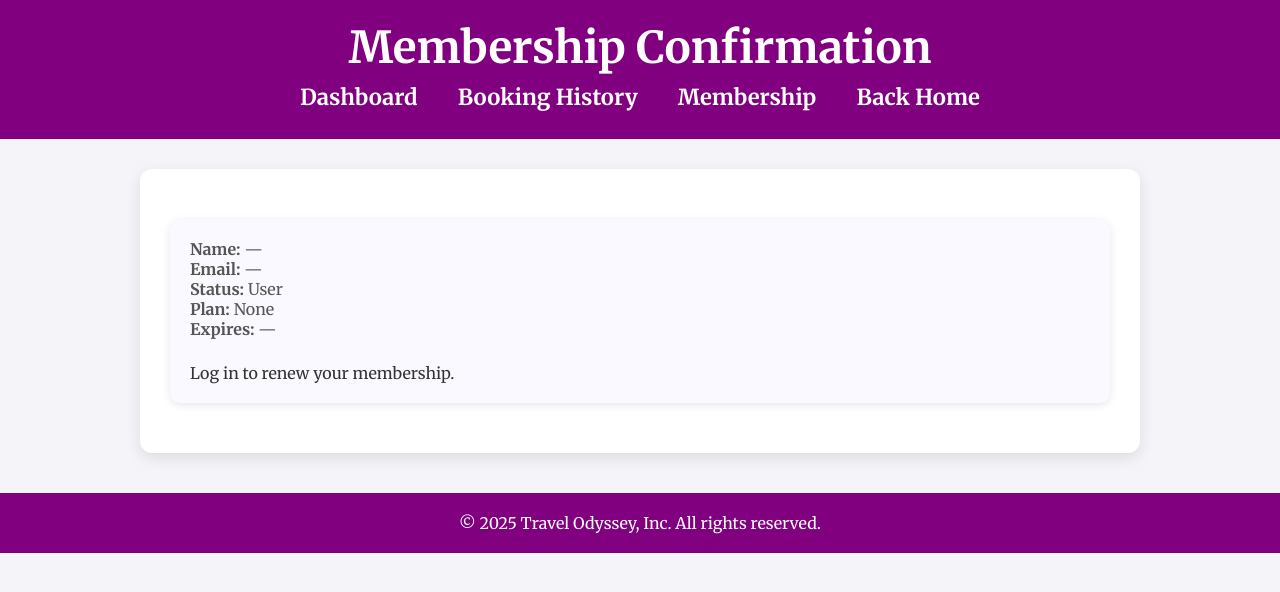
Repository: GHzPhoenix/Project-Odyssey
Page: Frontend/membership-confirmation.html
An editor plug-in stored every save of this project. The page is shown before and after the next save, followed by the edit.
The browser window is 1280 px wide. The pictures show the whole page.

Above is the page before, as saved 2025-06-09 17:36:12.

After the next save:
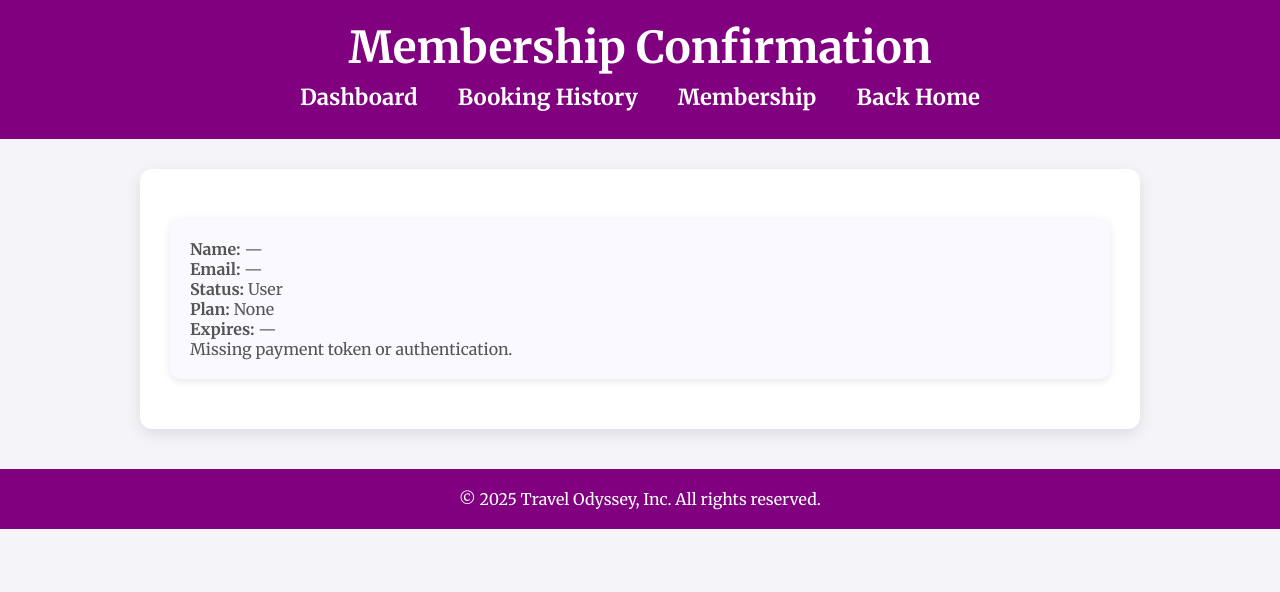
Saved 12 h 54 min later.
--- a/Frontend/membership-confirmation.html
+++ b/Frontend/membership-confirmation.html
@@ -11,7 +11,6 @@
       rel="stylesheet"
     />
   </head>
-
   <body>
     <header>
       <h1 style="color: white">Membership Confirmation</h1>
@@ -28,17 +27,16 @@
         <p><strong>Name:</strong> <span id="user-name">Loading…</span></p>
         <p><strong>Email:</strong> <span id="user-email">Loading…</span></p>
         <p><strong>Status:</strong> <span id="user-status">Loading…</span></p>
-        <p>
-          <strong>Plan:</strong>
-          <span id="membership-type">Loading…</span>
-        </p>
+        <p><strong>Plan:</strong> <span id="membership-type">Loading…</span></p>
         <p>
           <strong>Expires:</strong>
           <span id="membership-expiration">Loading…</span>
         </p>
 
-        <div id="paypal-button-container" style="margin-top: 1.5rem"></div>
-        <div id="renew-message" class="message"></div>
+        <p id="status-message">Confirming your payment…</p>
+        <div id="renew-controls" style="display: none">
+          <button id="go-client" class="join-btn">Go to Client Area</button>
+        </div>
       </section>
     </main>
 
@@ -50,7 +48,13 @@
     </footer>
 
     <script>
-      document.addEventListener("DOMContentLoaded", async () => {
+      (async () => {
+        const params = new URLSearchParams(location.search);
+        const orderID = params.get("token"); // PayPal returns this
+        const statusEl = document.getElementById("status-message");
+        const detailsEl = document.getElementById("renew-controls");
+        const goBtn = document.getElementById("go-client");
+
         const user = JSON.parse(localStorage.getItem("user") || "{}");
         const membershipType = localStorage.getItem("membershipType") || "";
         const membershipExpires =
@@ -63,69 +67,76 @@
           membershipType || "None";
         document.getElementById("membership-expiration").textContent =
           membershipExpires || "—";
+        document.getElementById("user-status").textContent = membershipType
+          ? "Member"
+          : user.role === "admin"
+          ? "Admin"
+          : "User";
 
-        const statusEl = document.getElementById("user-status");
-        if (membershipType) statusEl.textContent = "Member";
-        else if (user.role === "admin") statusEl.textContent = "Admin";
-        else statusEl.textContent = "User";
-
-        if (!token) {
-          const msg = document.getElementById("renew-message");
-          msg.textContent = "Log in to renew your membership.";
-          msg.classList.add("error");
+        if (!orderID || !token) {
+          statusEl.textContent = "Missing payment token or authentication.";
+          statusEl.classList.add("error");
           return;
         }
 
         try {
-          const { clientId } = await fetch(
-            "http://127.0.0.1:5001/api/config/paypal"
+          // 1) capture on your backend
+          const cap = await fetch(
+            `http://127.0.0.1:5001/api/paypal/capture/${orderID}`,
+            {
+              method: "POST",
+              headers: {
+                "Content-Type": "application/json",
+                Authorization: "Bearer " + token,
+              },
+            }
+          );
+          if (!cap.ok) throw await cap.json();
+          await cap.json();
+
+          // 2) now tell your backend to record/renew membership
+          // slugify e.g. "Premium Plan" → "premium"
+          const slug = membershipType.toLowerCase().split(" ")[0] || "premium";
+
+          const purchase = await fetch(
+            "http://127.0.0.1:5001/api/membership/purchase",
+            {
+              method: "POST",
+              headers: {
+                "Content-Type": "application/json",
+                Authorization: "Bearer " + token,
+              },
+              body: JSON.stringify({ planId: slug }),
+            }
           ).then((r) => r.json());
-          const script = document.createElement("script");
-          script.src = `https://www.paypal.com/sdk/js?client-id=${clientId}&currency=EUR`;
-          script.onload = renderPayPalButtons;
-          document.head.appendChild(script);
+          if (!purchase.membership_expires) {
+            throw new Error(purchase.error || "Membership activation failed");
+          }
+
+          // 3) update localStorage & UI
+          localStorage.setItem("membershipType", purchase.membership_type);
+          localStorage.setItem(
+            "membershipExpires",
+            purchase.membership_expires
+          );
+
+          document.getElementById("membership-type").textContent =
+            purchase.membership_type;
+          document.getElementById("membership-expiration").textContent =
+            purchase.membership_expires;
+
+          statusEl.textContent = "Membership activated!";
+          statusEl.classList.add("success");
+          detailsEl.style.display = "block";
         } catch (err) {
-          console.error("Could not load PayPal config", err);
-          const msg = document.getElementById("renew-message");
-          msg.textContent = "Unable to load payment options.";
-          msg.classList.add("error");
+          console.error(err);
+          statusEl.textContent =
+            err.error || err.message || "An error occurred.";
+          statusEl.classList.add("error");
         }
 
-        function renderPayPalButtons() {
-          paypal
-            .Buttons({
-              style: { layout: "vertical", shape: "pill", color: "blue" },
-
-              createOrder: (_, actions) => {
-                const slug =
-                  membershipType.toLowerCase().split(" ")[0] || "premium";
-                return fetch("http://127.0.0.1:5001/api/paypal/order", {
-                  method: "POST",
-                  headers: {
-                    "Content-Type": "application/json",
-                    Authorization: "Bearer " + token,
-                  },
-                  body: JSON.stringify({ planId: slug }),
-                })
-                  .then((r) => r.json())
-                  .then((data) => data.approveLink)
-                  .then((url) => {
-                    window.location.href = url;
-                  });
-              },
-
-              onApprove: () => {},
-
-              onError: (err) => {
-                console.error("PayPal error:", err);
-                const msg = document.getElementById("renew-message");
-                msg.textContent = "Payment failed. Please try again.";
-                msg.classList.add("error");
-              },
-            })
-            .render("#paypal-button-container");
-        }
-      });
+        goBtn.onclick = () => (window.location.href = "client-area.html");
+      })();
     </script>
   </body>
 </html>

After the save that followed:
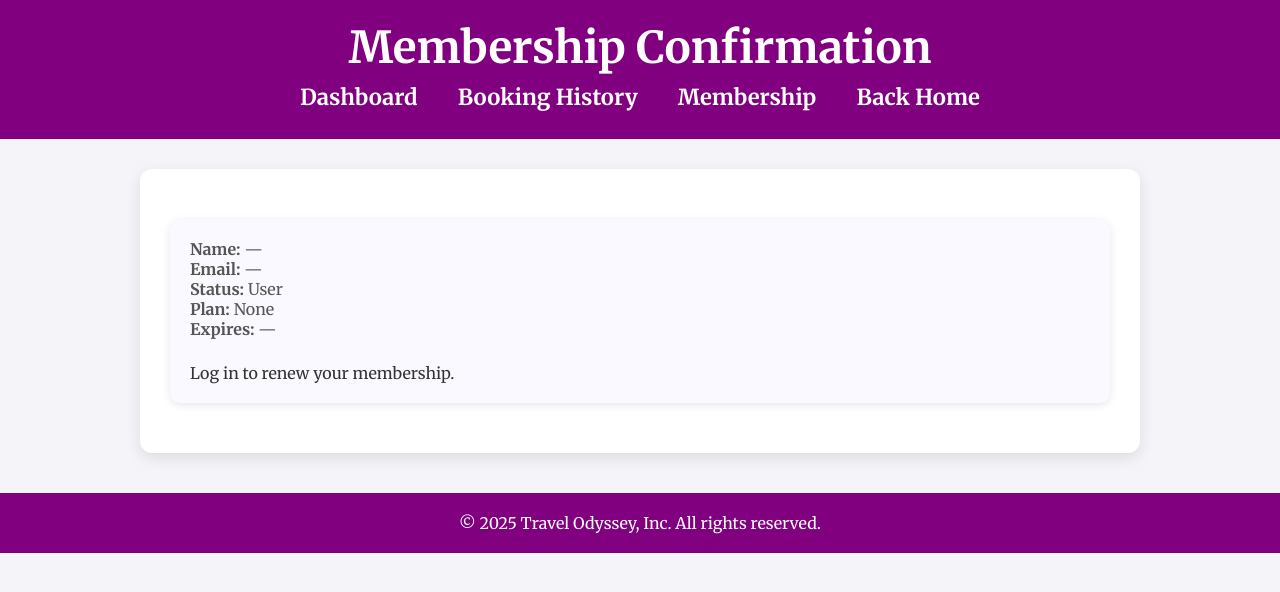
Saved 36 s later.
--- a/Frontend/membership-confirmation.html
+++ b/Frontend/membership-confirmation.html
@@ -11,6 +11,7 @@
       rel="stylesheet"
     />
   </head>
+
   <body>
     <header>
       <h1 style="color: white">Membership Confirmation</h1>
@@ -27,16 +28,17 @@
         <p><strong>Name:</strong> <span id="user-name">Loading…</span></p>
         <p><strong>Email:</strong> <span id="user-email">Loading…</span></p>
         <p><strong>Status:</strong> <span id="user-status">Loading…</span></p>
-        <p><strong>Plan:</strong> <span id="membership-type">Loading…</span></p>
+        <p>
+          <strong>Plan:</strong>
+          <span id="membership-type">Loading…</span>
+        </p>
         <p>
           <strong>Expires:</strong>
           <span id="membership-expiration">Loading…</span>
         </p>
 
-        <p id="status-message">Confirming your payment…</p>
-        <div id="renew-controls" style="display: none">
-          <button id="go-client" class="join-btn">Go to Client Area</button>
-        </div>
+        <div id="paypal-button-container" style="margin-top: 1.5rem"></div>
+        <div id="renew-message" class="message"></div>
       </section>
     </main>
 
@@ -48,13 +50,7 @@
     </footer>
 
     <script>
-      (async () => {
-        const params = new URLSearchParams(location.search);
-        const orderID = params.get("token"); // PayPal returns this
-        const statusEl = document.getElementById("status-message");
-        const detailsEl = document.getElementById("renew-controls");
-        const goBtn = document.getElementById("go-client");
-
+      document.addEventListener("DOMContentLoaded", async () => {
         const user = JSON.parse(localStorage.getItem("user") || "{}");
         const membershipType = localStorage.getItem("membershipType") || "";
         const membershipExpires =
@@ -67,76 +63,69 @@
           membershipType || "None";
         document.getElementById("membership-expiration").textContent =
           membershipExpires || "—";
-        document.getElementById("user-status").textContent = membershipType
-          ? "Member"
-          : user.role === "admin"
-          ? "Admin"
-          : "User";
 
-        if (!orderID || !token) {
-          statusEl.textContent = "Missing payment token or authentication.";
-          statusEl.classList.add("error");
+        const statusEl = document.getElementById("user-status");
+        if (membershipType) statusEl.textContent = "Member";
+        else if (user.role === "admin") statusEl.textContent = "Admin";
+        else statusEl.textContent = "User";
+
+        if (!token) {
+          const msg = document.getElementById("renew-message");
+          msg.textContent = "Log in to renew your membership.";
+          msg.classList.add("error");
           return;
         }
 
         try {
-          // 1) capture on your backend
-          const cap = await fetch(
-            `http://127.0.0.1:5001/api/paypal/capture/${orderID}`,
-            {
-              method: "POST",
-              headers: {
-                "Content-Type": "application/json",
-                Authorization: "Bearer " + token,
-              },
-            }
-          );
-          if (!cap.ok) throw await cap.json();
-          await cap.json();
-
-          // 2) now tell your backend to record/renew membership
-          // slugify e.g. "Premium Plan" → "premium"
-          const slug = membershipType.toLowerCase().split(" ")[0] || "premium";
-
-          const purchase = await fetch(
-            "http://127.0.0.1:5001/api/membership/purchase",
-            {
-              method: "POST",
-              headers: {
-                "Content-Type": "application/json",
-                Authorization: "Bearer " + token,
-              },
-              body: JSON.stringify({ planId: slug }),
-            }
+          const { clientId } = await fetch(
+            "http://127.0.0.1:5001/api/config/paypal"
           ).then((r) => r.json());
-          if (!purchase.membership_expires) {
-            throw new Error(purchase.error || "Membership activation failed");
-          }
-
-          // 3) update localStorage & UI
-          localStorage.setItem("membershipType", purchase.membership_type);
-          localStorage.setItem(
-            "membershipExpires",
-            purchase.membership_expires
-          );
-
-          document.getElementById("membership-type").textContent =
-            purchase.membership_type;
-          document.getElementById("membership-expiration").textContent =
-            purchase.membership_expires;
-
-          statusEl.textContent = "Membership activated!";
-          statusEl.classList.add("success");
-          detailsEl.style.display = "block";
+          const script = document.createElement("script");
+          script.src = `https://www.paypal.com/sdk/js?client-id=${clientId}&currency=EUR`;
+          script.onload = renderPayPalButtons;
+          document.head.appendChild(script);
         } catch (err) {
-          console.error(err);
-          statusEl.textContent =
-            err.error || err.message || "An error occurred.";
-          statusEl.classList.add("error");
+          console.error("Could not load PayPal config", err);
+          const msg = document.getElementById("renew-message");
+          msg.textContent = "Unable to load payment options.";
+          msg.classList.add("error");
         }
 
-        goBtn.onclick = () => (window.location.href = "client-area.html");
-      })();
+        function renderPayPalButtons() {
+          paypal
+            .Buttons({
+              style: { layout: "vertical", shape: "pill", color: "blue" },
+
+              createOrder: (_, actions) => {
+                const slug =
+                  membershipType.toLowerCase().split(" ")[0] || "premium";
+                return fetch("http://127.0.0.1:5001/api/paypal/order", {
+                  method: "POST",
+                  headers: {
+                    "Content-Type": "application/json",
+                    Authorization: "Bearer " + token,
+                  },
+                  body: JSON.stringify({ planId: slug }),
+                })
+                  .then((r) => r.json())
+                  .then((data) => data.approveLink)
+                  .then((url) => {
+                    window.location.href = url;
+                  });
+              },
+
+              onApprove: () => {},
+
+              onError: (err) => {
+                console.error("PayPal error:", err);
+                const msg = document.getElementById("renew-message");
+                msg.textContent = "Payment failed. Please try again.";
+                msg.classList.add("error");
+              },
+            })
+            .render("#paypal-button-container");
+        }
+      });
     </script>
   </body>
 </html>
